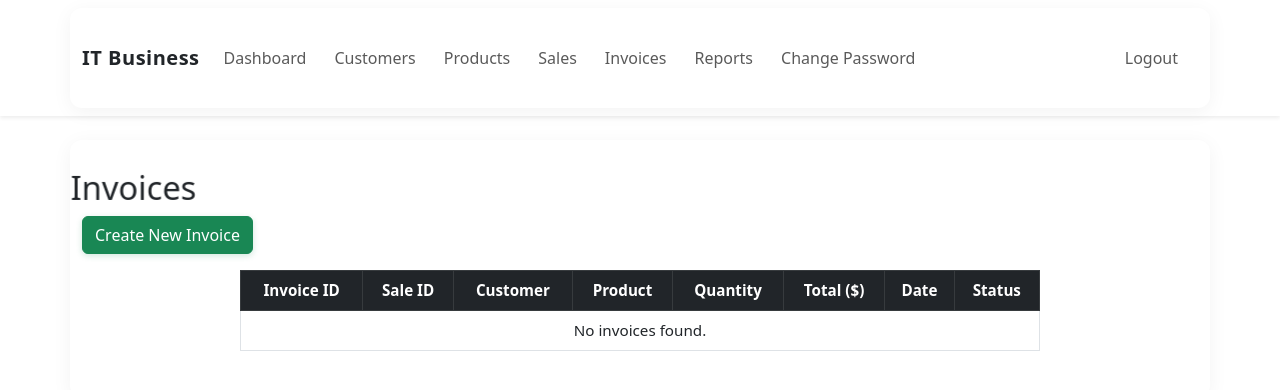
Repository: asmsaifulislam/it_business
Page: http://localhost/invoice
An editor plug-in stored every save of this project. The page is shown before and after the next save, followed by the edit.
The browser window is 1280 px wide. The pictures show the whole page.
The page is served by the project's application, run on Flask 3 (app.py). The session is filled in as if someone had signed in: {"user_id": 1}. Queries for data that is not in the repository find no rows.

Above is the page before, as saved 2025-09-19 19:53:33.

After the next save:
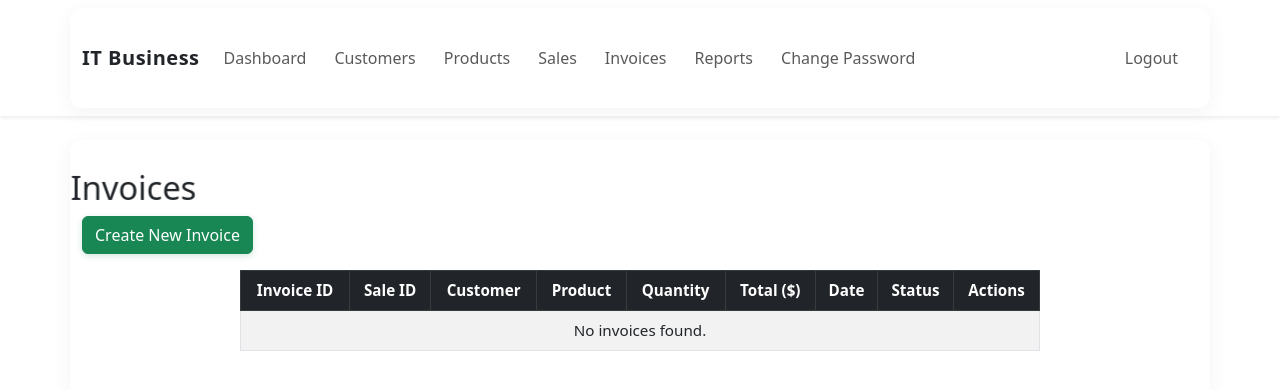
Saved 7 min 33 s later.
--- a/templates/invoice.html
+++ b/templates/invoice.html
@@ -5,7 +5,7 @@
 <a href="{{ url_for('create_invoice') }}" class="btn btn-success mb-3">Create New Invoice</a>
 
 <div class="table-responsive">
-    <table class="table table-bordered table-hover text-center">
+    <table class="table table-bordered table-hover table-striped text-center align-middle">
         <thead class="table-dark">
             <tr>
                 <th>Invoice ID</th>
@@ -16,6 +16,7 @@
                 <th>Total ($)</th>
                 <th>Date</th>
                 <th>Status</th>
+                <th>Actions</th>
             </tr>
         </thead>
         <tbody>
@@ -26,12 +27,32 @@
                 <td>{{ invoice.customer }}</td>
                 <td>{{ invoice.product }}</td>
                 <td>{{ invoice.quantity }}</td>
-                <td>${{ "%.2f"|format(invoice.total) }}</td>
+                <td>${{ "{:,.2f}".format(invoice.total) }}</td>
                 <td>{{ invoice.date_created.strftime('%Y-%m-%d %H:%M') }}</td>
-                <td>{{ invoice.status }}</td>
+                <td>
+                    {% if invoice.status == "Paid" %}
+                        <span class="badge bg-success">Paid</span>
+                    {% elif invoice.status == "Unpaid" %}
+                        <span class="badge bg-warning text-dark">Unpaid</span>
+                    {% else %}
+                        <span class="badge bg-danger">{{ invoice.status }}</span>
+                    {% endif %}
+                </td>
+                <td>
+                    {% if invoice.status != "Paid" %}
+                        <form action="{{ url_for('mark_paid', invoice_id=invoice.id) }}" method="POST" style="display:inline;">
+                            <button type="submit" class="btn btn-sm btn-success">Mark Paid</button>
+                        </form>
+                    {% endif %}
+                    <a href="{{ url_for('delete_invoice', invoice_id=invoice.id) }}"
+                       class="btn btn-sm btn-danger"
+                       onclick="return confirm('Are you sure you want to delete this invoice?')">
+                       Delete
+                    </a>
+                </td>
             </tr>
             {% else %}
-            <tr><td colspan="8">No invoices found.</td></tr>
+            <tr><td colspan="9">No invoices found.</td></tr>
             {% endfor %}
         </tbody>
     </table>
